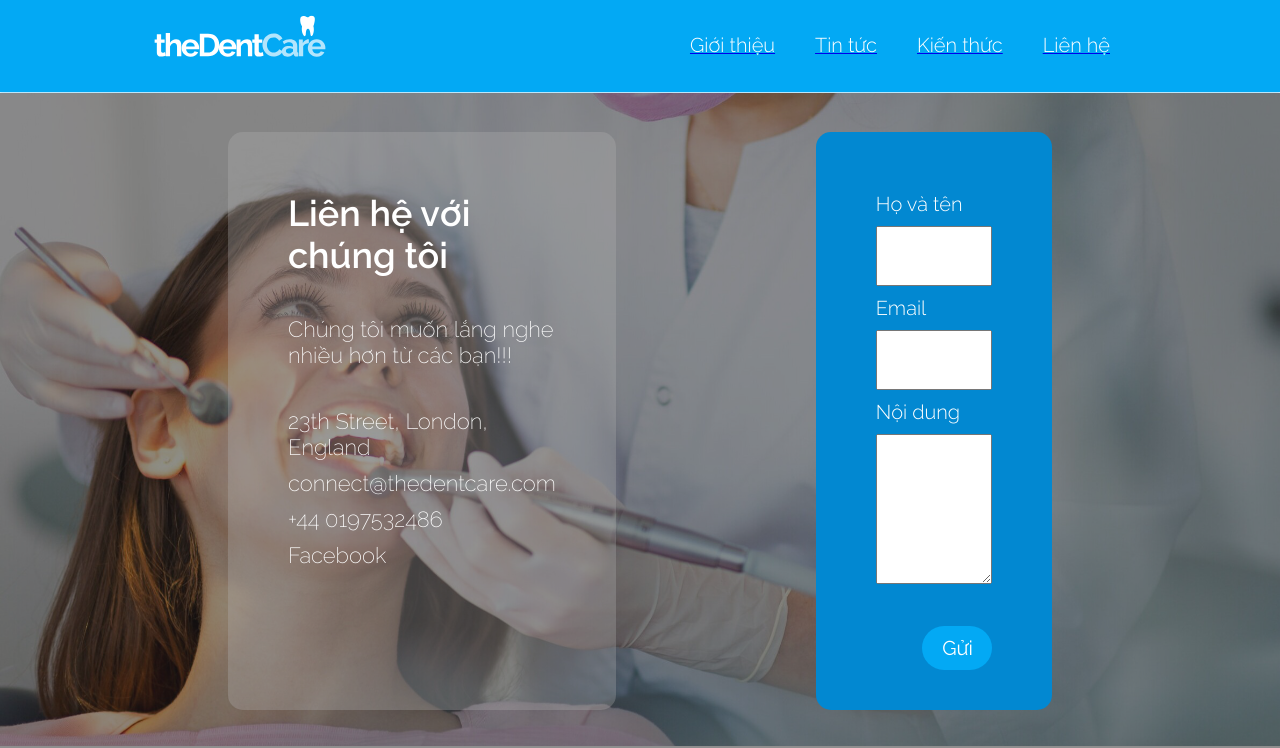
Repository: vantoan19/theDentCare
Page: /contact (app in theDentalCare/the-dental-care/)
These files come from the project's save history. The page is drawn as it stood at one moment and after the next save; the edit follows.
The browser window is 1280 px wide. The pictures show the whole page.
The project was rebuilt for these pictures with package versions that can differ from the ones it lists, and the page was loaded fresh each time. The framework's server and built-in components were replaced by stand-ins that run in the browser.

Above is the page before, as saved 2022-09-23 20:43:22.

### theDentalCare/the-dental-care/pages/_app.js
import { createGlobalStyle } from "styled-components";

const GlobalStyle = createGlobalStyle`
    html,
    body, input, textarea, button {
        padding: 0;
        margin: 0;
        font-family: Raleway;
        font-size: 10px;
    }
    html,
    body {
      height: 100%;
    }

    * {
        box-sizing: border-box;
    }
`;

function MyApp({ Component, pageProps }) {
  return (
    <>
      <GlobalStyle />
      <Component {...pageProps} />
    </>
  );
}

export default MyApp

### theDentalCare/the-dental-care/pages/_document.js
// pages/_document.js

import { Html, Head, Main, NextScript } from 'next/document'

export default function Document() {
  return (
    <Html>
      <Head>
        <link
          href="https://fonts.googleapis.com/css2?family=Raleway:ital,wght@0,100;0,200;0,300;0,400;0,500;0,600;0,700;0,800;0,900;1,100;1,200;1,300;1,400;1,500;1,600;1,700;1,800;1,900&display=swap"
          rel="stylesheet"
        />
      </Head>
      <body>
        <Main />
        <NextScript />
      </body>
    </Html>
  )
}

### theDentalCare/the-dental-care/pages/contact/index.js
import { Fragment } from "react";
import styled from "styled-components";
import NavBar from "../../components/NavBar/NavBar";
import BackgroundImage from "../../components/BackgroundImage/BackgroundImage";
import Card from "../../components/UI/Card/Card";
import Button from "../../components/UI/Button/Button";

const ContactFormTextInput = styled.input`
  width: 100%;
  height: 60px;
`;

const ContactFormTextArea = styled.textarea`
  width: 100%;
  height: 150px;
`;

const ContactFormTitle = styled.h3`
  color: #fff;
  font-size: 2rem;
  font-weight: 300;
  margin: 10px 0;
`;

const ContactFormButton = styled(Button)`
  font-size: 2rem;
  padding: 10px 20px;
  margin: 40px 0;
  width: 60%;
  float: right;
`;

const ContactForm = styled.form`
  background-color: rgba(2, 136, 209, 1);
  margin: 60px;
`;

const FormCard = styled(Card)`
  width: 50%;
`;

const ContactInfoTitle = styled.h3`
  color: #fff;
  font-size: 3.6rem;
  font-weight: 600;
`;

const ContactInfoDesc = styled.p`
  color: #fff;
  font-size: 2.2rem;
  font-weight: 200;
  margin: 40px 0;
`;

const ContactInfoDetails = styled.a`
  color: #fff;
  font-size: 2.2rem;
  font-weight: 200;
  display: block;
  margin: 10px 0;
`;

const ContactInfoWrapper = styled.div`
  margin: 60px;
`;

const InfoCard = styled(Card)`
  width: 50%;
  background-color: rgba(180, 180, 180, 0.3);
`;

const Flex = styled.div`
  display: flex;
  position: absolute;
  top: 50%;
  left: 50%;
  transform: translate(-50%, -50%);
  z-index: 3;
  width: 80%;
`;

const ContactContainer = styled.div`
  position: relative;
`;

export default function Contact() {
  return (
    <Fragment>
      <NavBar />
      <ContactContainer>
        <BackgroundImage
          src="/contact_image.jpeg"
          alt="contact background image"
          isMasked={true}
        />
        <Flex>
          <InfoCard>
            <ContactInfoWrapper>
              <ContactInfoTitle>Liên hệ với chúng tôi</ContactInfoTitle>
              <ContactInfoDesc>
                Chúng tôi muốn lắng nghe nhiều hơn từ các bạn!!!
              </ContactInfoDesc>
              <ContactInfoDetails>
                23th Street, London, England
              </ContactInfoDetails>
              <ContactInfoDetails>connect@thedentcare.com</ContactInfoDetails>
              <ContactInfoDetails>+44 0197532486</ContactInfoDetails>
              <ContactInfoDetails>Facebook</ContactInfoDetails>
            </ContactInfoWrapper>
          </InfoCard>
          <FormCard>
            <ContactForm>
              <ContactFormTitle>Họ và tên</ContactFormTitle>
              <ContactFormTextInput />
              <ContactFormTitle>Email</ContactFormTitle>
              <ContactFormTextInput />
              <ContactFormTitle>Nội dung</ContactFormTitle>
              <ContactFormTextArea />
              <ContactFormButton>Gửi</ContactFormButton>
            </ContactForm>
          </FormCard>
        </Flex>
      </ContactContainer>
    </Fragment>
  );
}

### theDentalCare/the-dental-care/components/NavBar/NavBar.jsx
import React from 'react'
import Link from 'next/link'
import styled from 'styled-components'
import Logo from './Logo/Logo'
import NavItem from './NavItem/NavItem'

const LogoContainer = styled.div`
  margin: 0 150px;
`

const NavItemsGroup = styled.div`
  display: flex;
  height: 90px;
  align-items: center;
  margin: 0 150px;
`

const StyledAnchor = styled.a`
  text-decoration: none;
`

const NavContainer = styled.nav`
  background-color: #03A9F4;
  display: flex;
  flex-direction: row;
  justify-content: space-between;
  box-shadow: 0px 2px 4px 1px #B3E5FC;
  margin-bottom: 1px;
`

const NavBar = () => {
  return (
    <NavContainer>
      <LogoContainer>
        <Link href='/'>
          <StyledAnchor>
            <Logo/>
          </StyledAnchor>
        </Link>
      </LogoContainer>
      <NavItemsGroup>
        <Link href='/about'>
          <StyledAnchor>
            <NavItem>Giới thiệu</NavItem>
          </StyledAnchor>
        </Link>
        <Link href='/news'>
          <StyledAnchor>
            <NavItem>Tin tức</NavItem>
          </StyledAnchor>
        </Link>
        <Link href='/knowledge'>
          <StyledAnchor>
            <NavItem>Kiến thức</NavItem>
          </StyledAnchor>
        </Link>
        <Link href='/contact'>
          <StyledAnchor>
            <NavItem>Liên hệ</NavItem>
          </StyledAnchor>
        </Link>
      </NavItemsGroup>
    </NavContainer>
  )
}

export default NavBar

### theDentalCare/the-dental-care/components/BackgroundImage/BackgroundImage.jsx
import React from "react";
import styled from "styled-components";

const StyledImage = styled.img`
  width: 100%;
  height: 100%;
`;

const GreyMask = styled.div`
  background-color: rgba(30, 30, 30, 0.5);
  width: 100%;
  height: 100%;
  z-index: 2;
  position: absolute;
  top: 0;
  left: 0;
`;

const BackgroundContainer = styled.div`
  width: 100%;
  height: 100%;
  position: relative;
`;

const BackgroundImage = (props) => {
  return (
    <BackgroundContainer>
      <StyledImage src={props.src} alt={props.alt} />
      {props.isMasked && <GreyMask />}
    </BackgroundContainer>
  );
};

export default BackgroundImage;

### theDentalCare/the-dental-care/components/UI/Card/Card.jsx
import React from "react";
import styled from "styled-components";

const StyledDiv = styled.div`
  margin: 0 100px;
  background-color: #0288d1;
  border-radius: 15px;
`;

const Card = (props) => {
  return <StyledDiv className={props.className}>{props.children}</StyledDiv>;
};

export default Card;

### theDentalCare/the-dental-care/components/UI/Button/Button.jsx
import React from 'react'
import styled from 'styled-components'

const StyledButton = styled.button`
    border: none;
    padding: 15px;
    border-radius: 30px;
    color: #fff;
    background-color: #03A9F4;
    cursor: pointer;
`

const Button = (props) => {
  return (
    <StyledButton onClick={props.action} className={props.className}>
        {props.children}
    </StyledButton>
  )
}

export default Button

### theDentalCare/the-dental-care/components/NavBar/Logo/Logo.jsx
import React from 'react'
import styled from 'styled-components'


const StyledLogo = styled.img`
  width: 180px;
  cursor: pointer;
`

const Logo = () => {
  return (
    <StyledLogo src='/theDentCare.svg'/>
  )
}

export default Logo

### theDentalCare/the-dental-care/components/NavBar/NavItem/NavItem.jsx
import React from 'react'
import styled from 'styled-components'

const StyledSpan = styled.span`
    cursor: pointer;
    margin: 0px 20px;
    font-size: 2rem;
    font-weight: 300;
    color: #fff;
`

const NavItem = (props) => {
    return (
      <StyledSpan>{props.children}</StyledSpan>
    )
}

export default NavItem

After the next save:
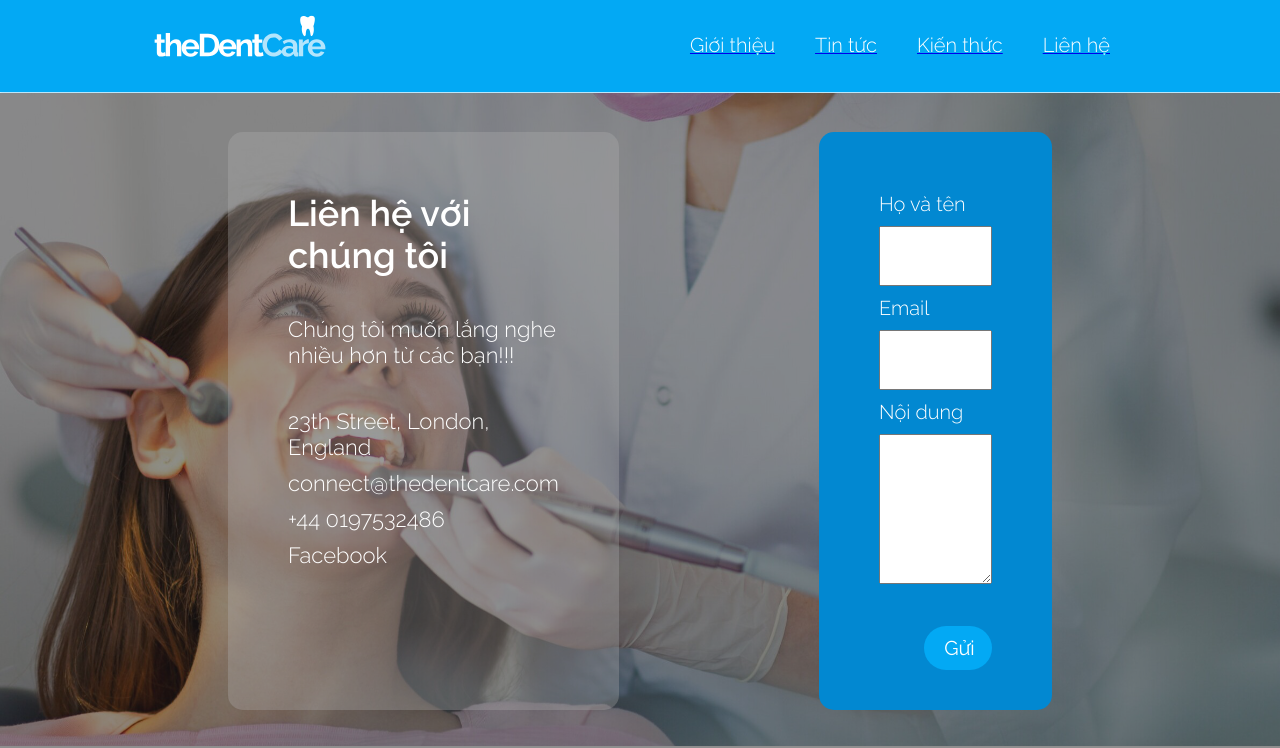
Saved 9 s later.
--- a/theDentalCare/the-dental-care/pages/contact/index.js
+++ b/theDentalCare/the-dental-care/pages/contact/index.js
@@ -48,14 +48,14 @@ const ContactInfoTitle = styled.h3`
 const ContactInfoDesc = styled.p`
   color: #fff;
   font-size: 2.2rem;
-  font-weight: 200;
+  font-weight: 300;
   margin: 40px 0;
 `;
 
 const ContactInfoDetails = styled.a`
   color: #fff;
   font-size: 2.2rem;
-  font-weight: 200;
+  font-weight: 300;
   display: block;
   margin: 10px 0;
 `;
